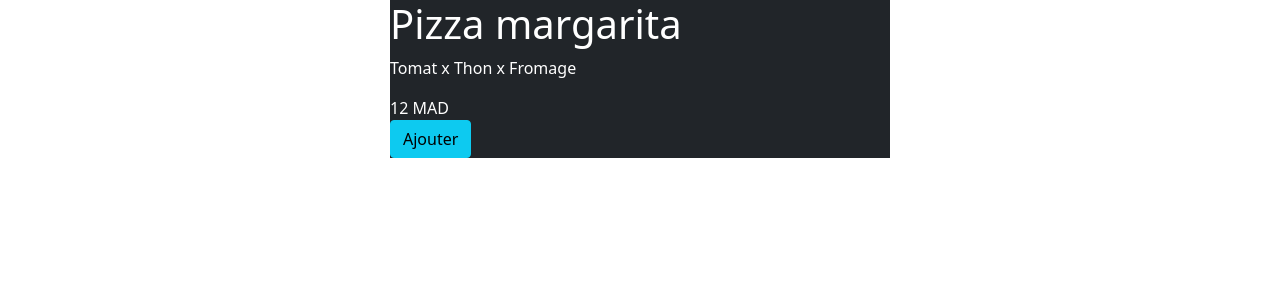
Repository: FS-23/my-restaurant
Page: /
An editor plug-in stored every save of this project. The page is shown before and after the next save, followed by the edit.
The browser window is 1280 px wide. The pictures show the whole page.
The project was rebuilt for these pictures with package versions that can differ from the ones it lists, and the page was loaded fresh each time.

Above is the page before, as saved 2022-04-29 13:41:36.

After the next save:
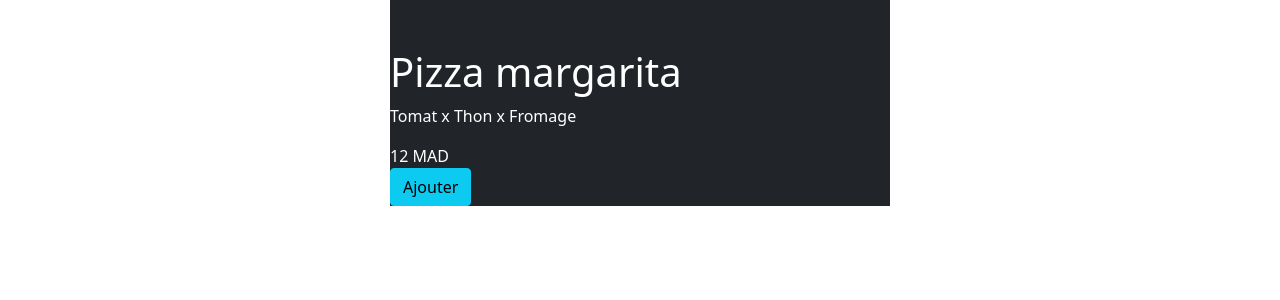
Saved 14 s later.
--- a/src/App.js
+++ b/src/App.js
@@ -6,7 +6,7 @@ function App() {
            <div className='position-absolute d-none top-0 w-100 h-100 bg-dark app-gradient-container'>
 
            </div>
-           <div className="bg-dark" style={{width:'500px' , margin: "auto"}}>
+           <div className="bg-dark pt-5" style={{width:'500px' , margin: "auto"}}>
               <Menu />
            </div>
        </div>
